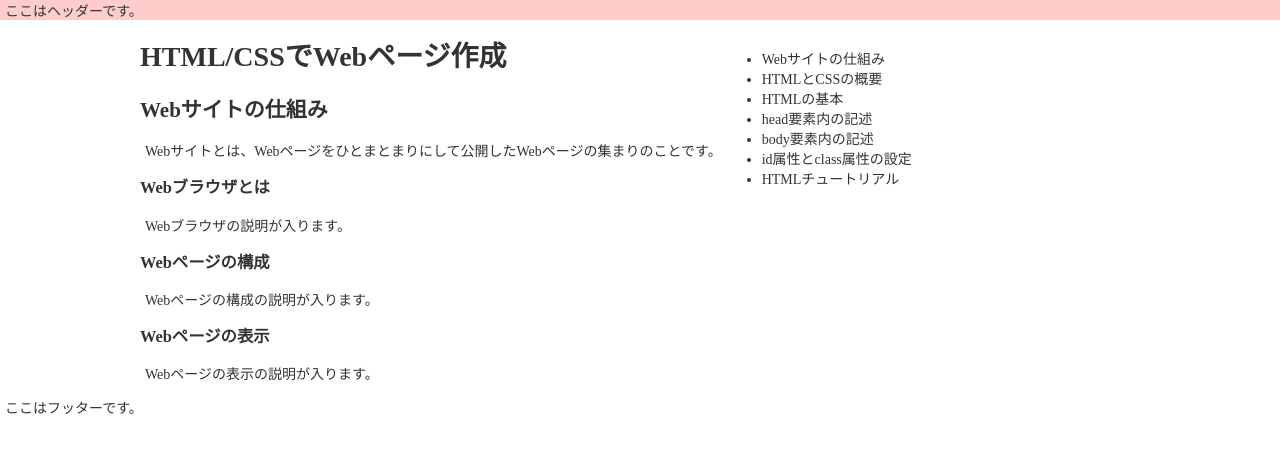
Repository: Naonaka-Saino/first-git
Page: lesson-htmlcss/kadai-html.html
The author's editor kept a record of every edit. The page is drawn from the files as they stood at one moment, then again after the next edit.
The browser window is 1280 px wide. The pictures show the whole page.

Above is the page before.

### lesson-htmlcss/kadai-html.html
<!DOCTYPE html>
<html lang="ja">
    <head>
        <meta charset="utf-8">
        <link rel="stylesheet" href="kadai-css.css">
        <title>HTML/CSSでWebページ作成</title>
    </head>
    <body>
        <header>
            <p>ここはヘッダーです。</p>
        </header>

        <div id="wrapper">
            <div id="main">
                <h1>HTML/CSSでWebページ作成</h1>
                    <h2>Webサイトの仕組み</h2>
                        <p>Webサイトとは、Webページをひとまとまりにして公開したWebページの集まりのことです。</p>
                        <h3>Webブラウザとは</h3>
                            <p>Webブラウザの説明が入ります。</p>
                        <h3>Webページの構成</h3>
                            <p>Webページの構成の説明が入ります。</p>
                        <h3>Webページの表示</h3>
                            <p>Webページの表示の説明が入ります。</p>
            </div>
            <!--mainここまで-->
            <nav id="menu">
                <ul>
                    <li>Webサイトの仕組み</li>
                    <li>HTMLとCSSの概要</li>
                    <li>HTMLの基本</li>
                    <li>head要素内の記述</li>
                    <li>body要素内の記述</li>
                    <li>id属性とclass属性の設定</li>
                    <li>HTMLチュートリアル</li>
                </ul>
            </nav>
        </div>
        <!--wraperここまで-->
        <footer>
            <p>ここはフッターです。</p>
        </footer>
    </body>
</html>

### lesson-htmlcss/kadai-css.css
@charset="UTf-8";

body{
    margin: 0;
    padding: 0;
    color: #333;
    font-size: 14px;
    font-family: "Hiragino Sans";
}

h1,h2,h3{
    margin-top:0;
}

p{
    margin-left:5px;
    margin-top: 0;
}

header{
    background-color:#ffcccc;
}

#wrapper{
    width:1000px;
    margin:0 auto;
    display:flex;
}

main{
    width:700px;
}

#menu{
    width:300px;
}

After the next edit:
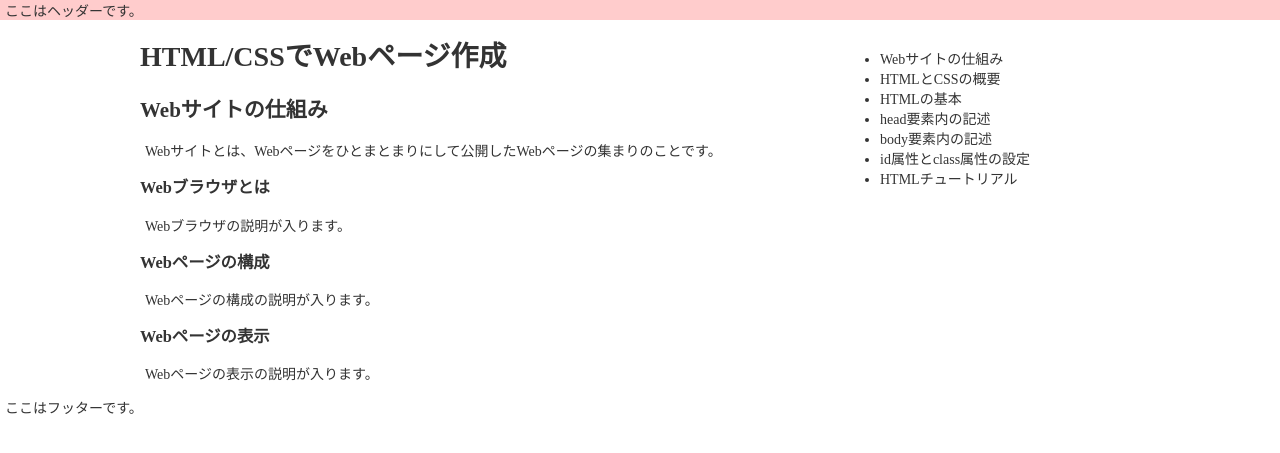
The edit:
--- a/lesson-htmlcss/kadai-css.css
+++ b/lesson-htmlcss/kadai-css.css
@@ -27,7 +27,7 @@
     display:flex;
 }
 
-main{
+#main{
     width:700px;
 }
 
